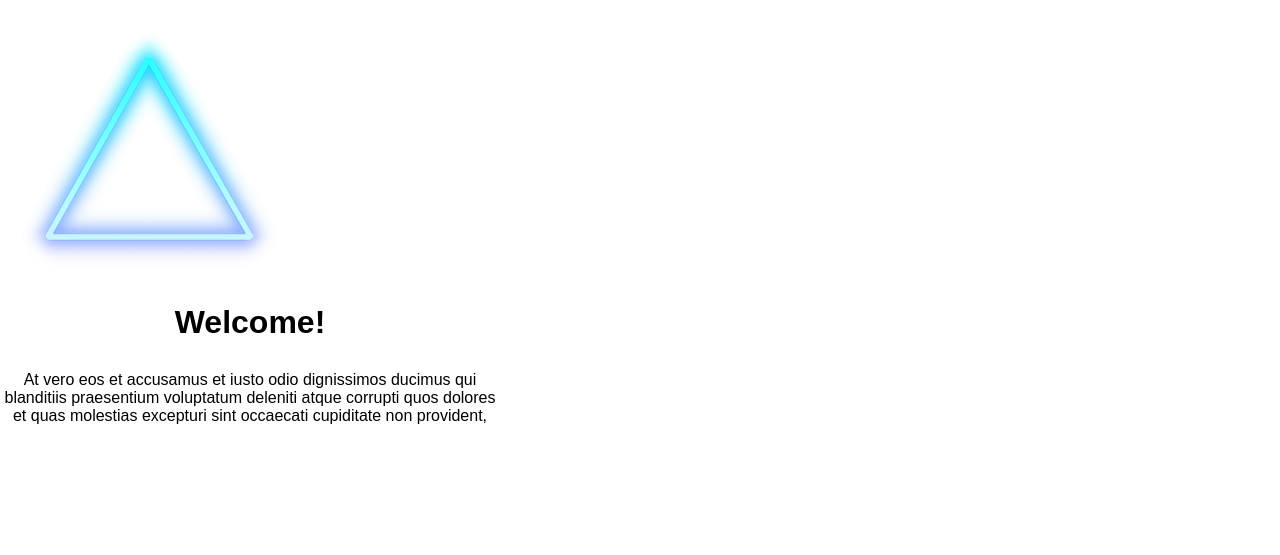
Repository: Cherced/virtualassistant
Page: /Welcome
The author's editor kept a copy of each file at every save. The page is drawn from the files as they stood at one save, then again after the next save.
The browser window is 1280 px wide. The pictures show the whole page.
The project was rebuilt for these pictures with package versions that can differ from the ones it lists, and the page was loaded fresh each time. The framework's server and built-in components were replaced by stand-ins that run in the browser.

Above is the page before, as saved 2022-07-14 11:26:19.

### pages/_app.js
import '../sass/global.scss';


const MyApp = ({ Component, pageProps }) => {
    return <Component {...pageProps} />
  }


export default MyApp

### pages/_document.js
import { Html, Head, Main, NextScript } from 'next/document'

export default function Document() {
  return (
    <Html>
      <Head />
      <body>
        <Main />
        <div id="portal"></div>
        <NextScript />
      </body>
    </Html>
  )
}

### pages/Welcome.jsx
import React from 'react'
import { HeaderWelcome } from '../components/molecules/welcome/HeaderWelcome'
import { MainContent } from '../components/molecules/welcome/MainContent'
import { NavButtons } from '../components/molecules/welcome/NavButtons'

const Welcome = () => {
  return (
    <div className="welcome">
        <HeaderWelcome/>
        <MainContent/>
        {/* <NavButtons/> */}
    </div>
  )
}

export default Welcome

### sass/global.scss
@import './vars';
@import './pages/draft';

### components/molecules/welcome/HeaderWelcome.jsx
import React from 'react'

export const HeaderWelcome = () => {
  return (
    <header className="brand">
    <img src="/img/welcomeImg.png" alt="brand logo"/>
    </header>
  )
}

### components/molecules/welcome/MainContent.jsx
import React from 'react'
import { Instructions } from '../../atoms/Carrousels/Instructions'

export const MainContent = () => {
  return (
    <main className="main__Content--welcome">
        <Instructions/>
    </main>
  )
}

### sass/_vars.scss
@import url('https://fonts.googleapis.com/css2?family=Inter:wght@100;200;300;500;600;700;800;900&family=Roboto:ital,wght@0,100;0,300;0,400;0,500;0,700;0,900;1,100;1,300;1,400;1,500;1,700;1,900&display=swap');

$mainColor: black;
$mainTextColor: white;
$mainFont: 'Inter';


*{
    box-sizing: border-box;
    margin: 0;
    padding: 0;
    font-family: Arial, Helvetica, sans-serif;
}

### sass/pages/_draft.scss
@import '../components/buttons/nextButton';
@import '../components/carrousels/carrousel';
.Draft{
    display: flex;
    align-self: center;
    width: 100%;
    justify-content: center;
    height: 100vh;
    flex-direction: column;
    align-items: center;
}

### sass/components/buttons/_nextButton.scss
.button__next {
    display: flex;
    width: auto;
    min-width: 100px;
    height: 50px;
    justify-content: space-around;
    align-items: center;
    background: black;
    color: white;
    border-radius: 100px;
    padding: 0 0 0 30px;
    box-shadow: 5px 5px 10px 0px black;
    cursor: pointer;
    font-family: $mainFont;
    font-size: 16px;


    .button__next--Arrow {
        width: 50px;
        height: 50px;
        display: flex;
        align-items: center;
        justify-content: center;
        background: $mainTextColor;
        border-radius: 100px;
        margin-left: 10px;

        .next__arrow--h1 {
            padding: 10px;
            color: $mainColor;
            font-family: $mainFont;
        }
    }

}

### sass/components/carrousels/_carrousel.scss
.carrousel{
    max-width: 500px;
    height: 150px;
    min-width: 300px;
    overflow: hidden;
    .carrousel__list{
        list-style: none;
        position: relative;
        display: flex;
        width: 200%;
        .carrousel__list--item{
            width: 50%;
            display: flex;
            flex-direction: column;
            align-items: center;
            justify-content: center;
            .carrousel__item--title{
                margin-bottom: 30px;
            }
            .carrousel__item--parragraph{
                text-align: center;
            }
        }
    }
}

### components/atoms/Carrousels/Instructions.jsx
import React from 'react'

export const Instructions = () => {
  return (
    <div className="carrousel">
        <ul className="carrousel__list">
            <li className="carrousel__list--item">
                <h1 className="carrousel__item--title">
                Welcome!
                </h1>
                <p className="carrousel__item--parragraph">
                At vero eos et accusamus et iusto odio dignissimos ducimus qui blanditiis praesentium voluptatum deleniti atque corrupti quos dolores et quas molestias excepturi sint occaecati cupiditate non provident,
                </p>
            </li>
            <li className="carrousel__list--item">
                <h1 className="carrousel__item--title">
                you can also improve
                </h1>
                <p className="carrousel__item--parragraph">
                Temporibus autem quibusdam et aut officiis debitis aut rerum necessitatibus saepe eveniet ut et voluptates repudiandae sint et molestiae non recusandae. Itaque earum rerum
                </p>
            </li>
        </ul>
    </div>
  )
}

### components/molecules/welcome/NavButtons.jsx
import React from 'react'
import {Link} from 'next/link'
import { NextButton } from '../../atoms/buttons/NextButton'

export const NavButtons = () => {
  return (
    <footer className="NavButtons">
      {/*   <Link href="#">
        <a>Skip</a>
        </Link> */}
        <NextButton type="button" title="Next"/>
    </footer>
  )
}

### components/atoms/buttons/NextButton.jsx
import React from 'react'

export const NextButton = (props) => {
  return (
    <button onClick={props.onClick} className="button__next" type={props.type} aria-label="Next Button">
        {props.title}
        <div className="button__next--Arrow">
            <h1 className="next__arrow--h1">
                &#62;
            </h1>
        </div>
    </button>
  )
}

After the next save:
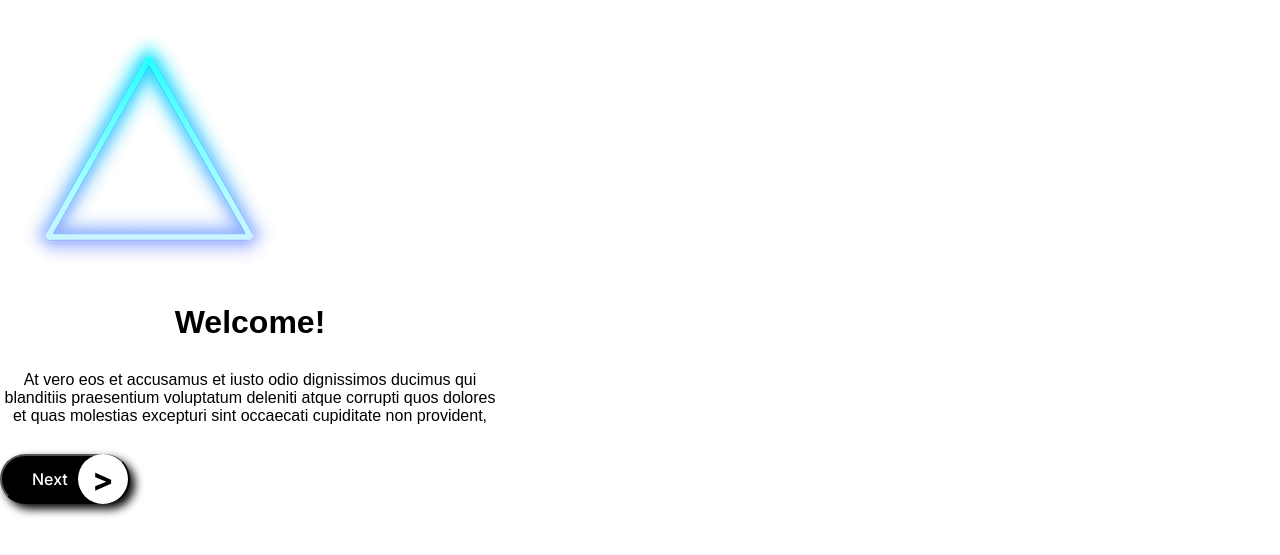
Saved 9 s later.
--- a/pages/Welcome.jsx
+++ b/pages/Welcome.jsx
@@ -8,7 +8,7 @@
     <div className="welcome">
         <HeaderWelcome/>
         <MainContent/>
-        {/* <NavButtons/> */}
+        <NavButtons/>
     </div>
   )
 }
